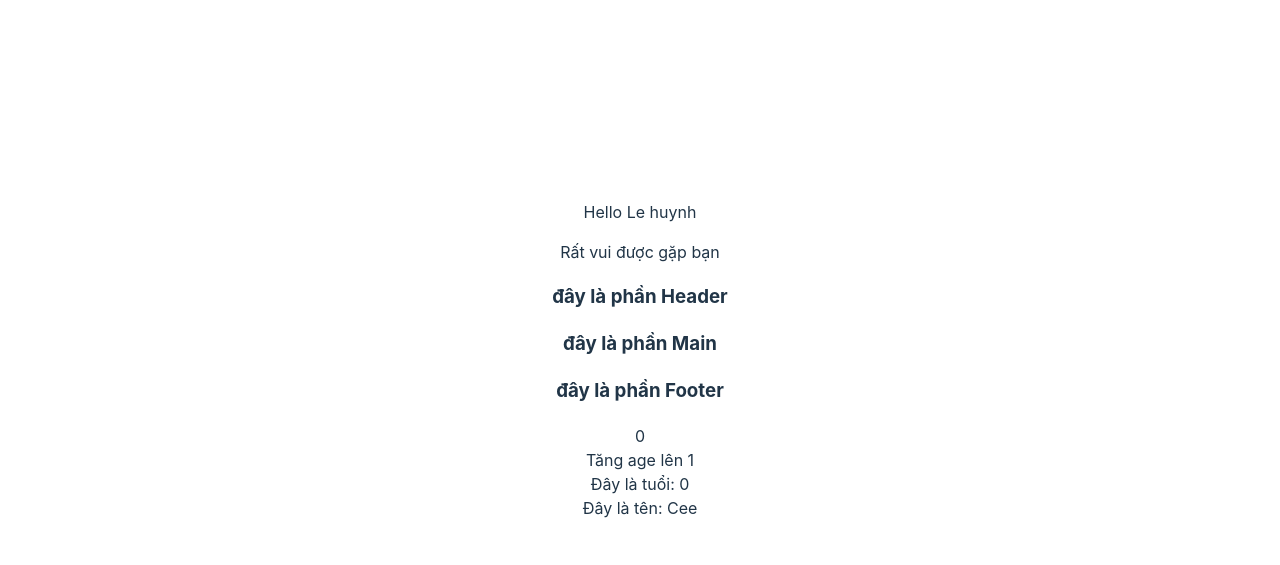
Repository: Lehuyhuynh/BT_ReactJs
Page: /product (app in vite-project/)
These files come from the project's save history. The page is drawn as it stood at one moment and after the next save; the edit follows.
The browser window is 1280 px wide. The pictures show the whole page.
The project was rebuilt for these pictures with package versions that can differ from the ones it lists, and the page was loaded fresh each time. Also part of the build but not shown: vite-project/vite.config.js.

Above is the page before, as saved 2023-09-25 14:22:39.

### vite-project/src/App.jsx
import HelloWorld from "./BaiHoc9/HelloWorld";
import BTH2 from "./BaiHoc9/BTH2";
import BTH3 from "./BaiHoc9/BTH3.JSX";
import "./App.css";

function App() {
  return (
    <>
      <HelloWorld></HelloWorld>
      <BTH2></BTH2>
      <BTH3></BTH3>
    </>
  );
}

export default App;

### vite-project/src/BaiHoc9/HelloWorld.jsx
function HelloWorld() {
  const user = {
    ho: "Le",
    name: "huynh",
  };
  return (
    <div>
      Hello {user.ho} {user.name}
      <p>Rất vui được gặp bạn</p>
    </div>
  );
}
export default HelloWorld;

### vite-project/src/BaiHoc9/BTH2.jsx
function BTH2() {
  return (
    <div>
      <h3>đây là phần Header</h3>
      <h3>đây là phần Main</h3>
      <h3>đây là phần Footer</h3>
    </div>
  );
}
export default BTH2;

### vite-project/src/BaiHoc9/BTH3.JSX
import { useState } from "react";

const DemoComponent = (props) => {
  return (
    <div>
      <div>Đây là tuổi: {props.age}</div>
      <div>Đây là tên: {props.displayName}</div>
    </div>
  );
};
function BTH3() {
  const [age, setAge] = useState(0);
  const [name, setName] = useState("Cee");

  const onIncreaseAge = () => {
    setAge(age + 1);
  };

  return (
    <div className="container">
      <div>{age}</div>
      <div onClick={onIncreaseAge}>Tăng age lên 1</div>
      <DemoComponent age={age} displayName={name} />
    </div>
  );
}
export default BTH3;

Loaded but not shown: vite-project/index.html (common file); vite-project/src/main.jsx (common file); vite-project/src/index.css (common file); vite-project/src/App.css (common file)

After the next save:
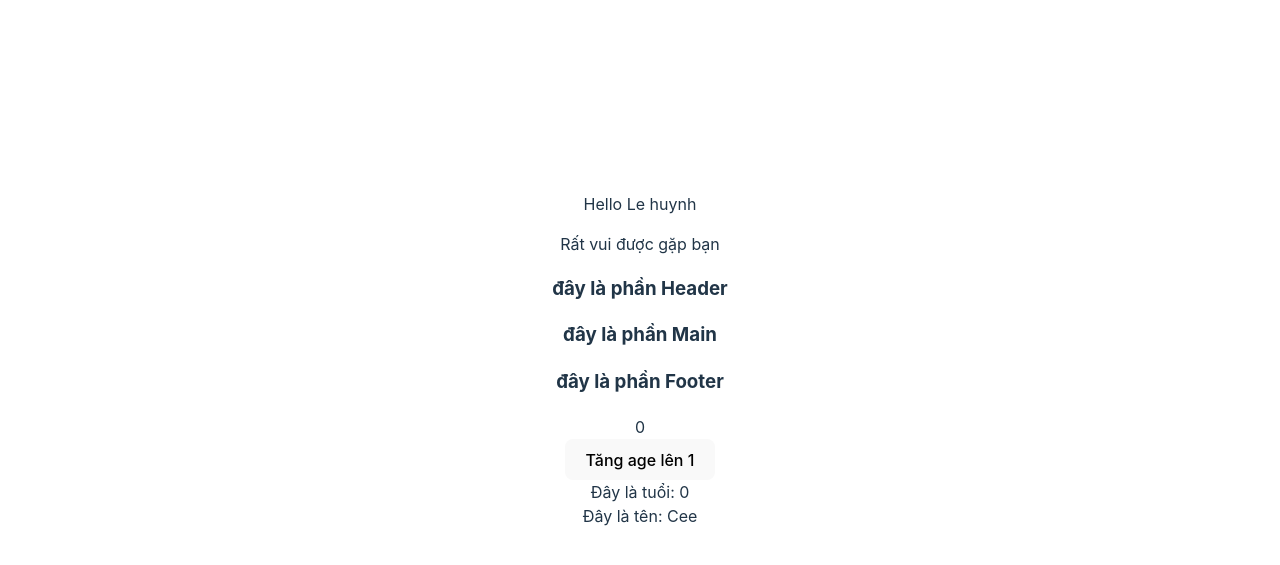
Saved 21 s later.
--- a/vite-project/src/BaiHoc9/BTH3.JSX
+++ b/vite-project/src/BaiHoc9/BTH3.JSX
@@ -19,7 +19,7 @@ function BTH3() {
   return (
     <div className="container">
       <div>{age}</div>
-      <div onClick={onIncreaseAge}>Tăng age lên 1</div>
+      <button onClick={onIncreaseAge}>Tăng age lên 1</button>
       <DemoComponent age={age} displayName={name} />
     </div>
   );
